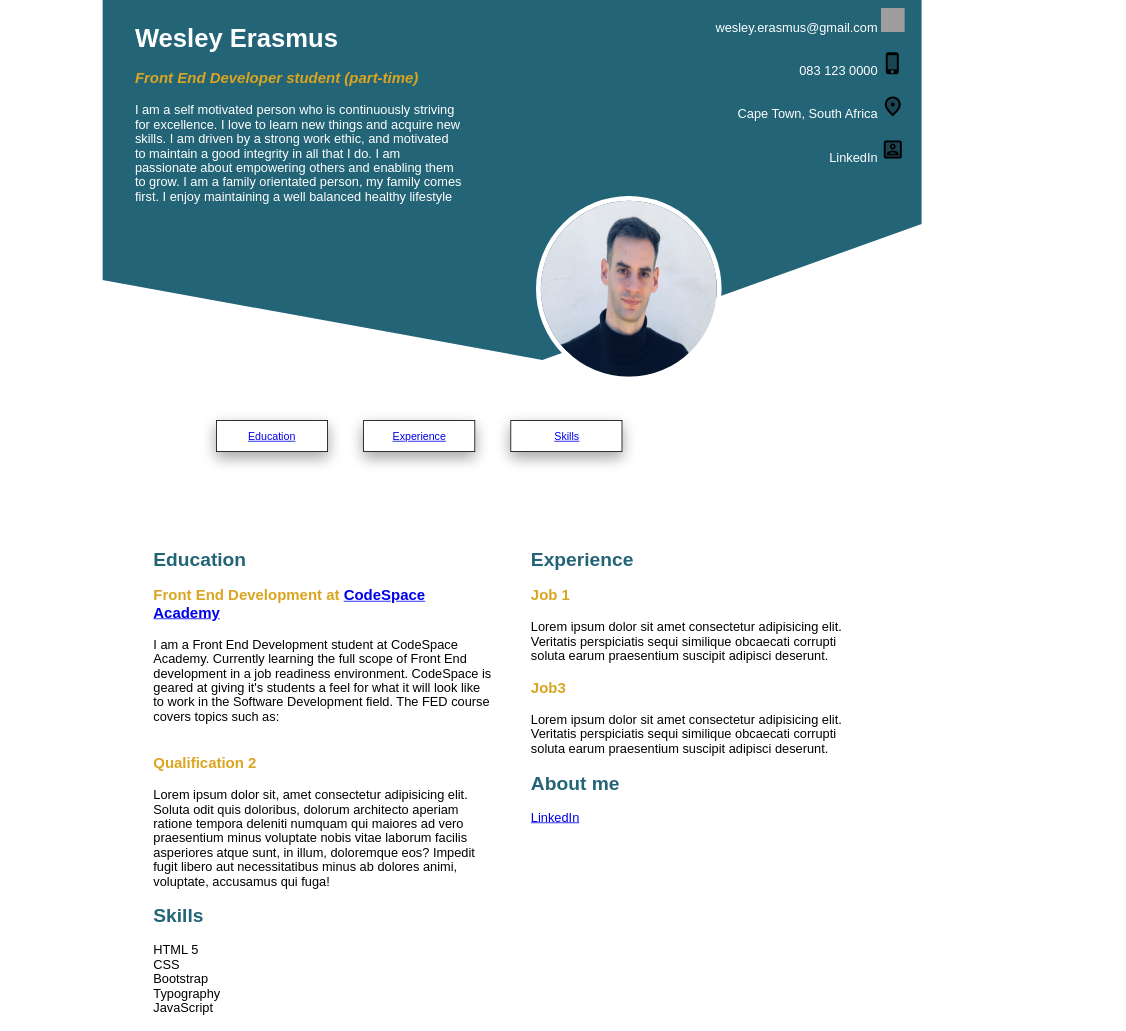
Repository: WesleyErasmus/myDigitalResume
Page: Resume-Projec-3/index.html
These files come from the project's save history. The page is drawn as it stood at one moment and after the next save; the edit follows.
The browser window is 1280 px wide. The page is 1408 px wide, so the pictures cover 1408 px, including what lies to the right of the window. The pictures show the whole page, at 80% of full size.
Pictures or frames that could not be fetched are drawn as grey boxes.

Above is the page before, as saved 2022-02-12 16:55:02.

After the next save:
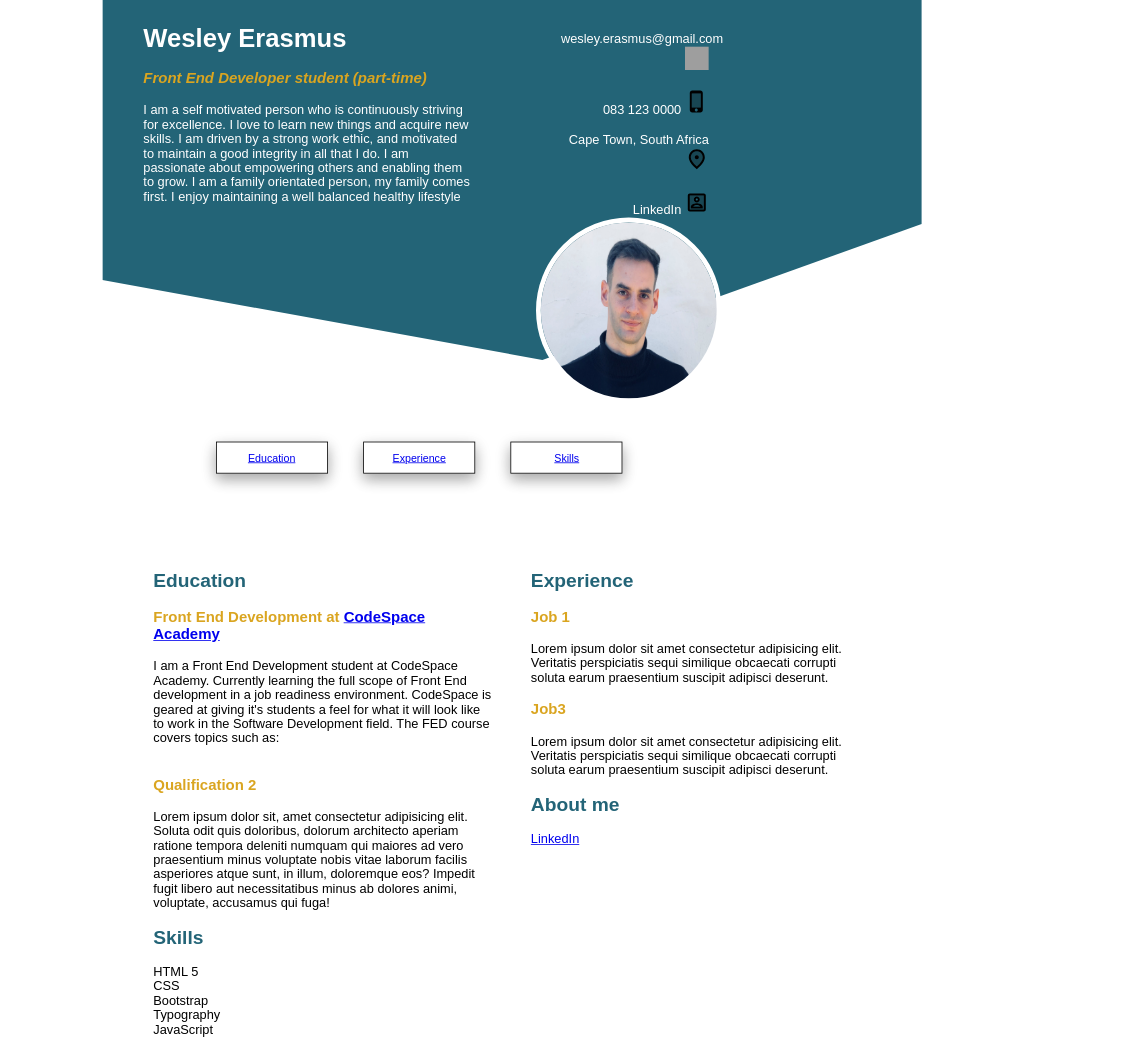
Saved 79 s later.
--- a/Resume-Projec-3/index.html
+++ b/Resume-Projec-3/index.html
@@ -17,7 +17,7 @@
           <p>I am a self motivated person who is continuously striving for excellence. I love to learn new things and acquire new skills. I am driven by a strong work ethic, and motivated to maintain a good integrity in all that I do. I am passionate about empowering others and enabling them to grow. I am a family orientated person, my family comes first. I enjoy maintaining a well balanced healthy lifestyle</p>
     </div>
 
-
+    <div class="title">
     <ul class="contact-details">
             <li>wesley.erasmus@gmail.com <img src="svg/email.svg" alt="Gmail" style="width: 30px; height: 30px;"> </li>
 
@@ -27,6 +27,7 @@
 
             <li>LinkedIn </a> <img src="svg/account.svg" alt="LinkedIn profile" style="width: 30px; height: 30px;"> </li>
     </ul>
+  </div>
 
   </header>
 
